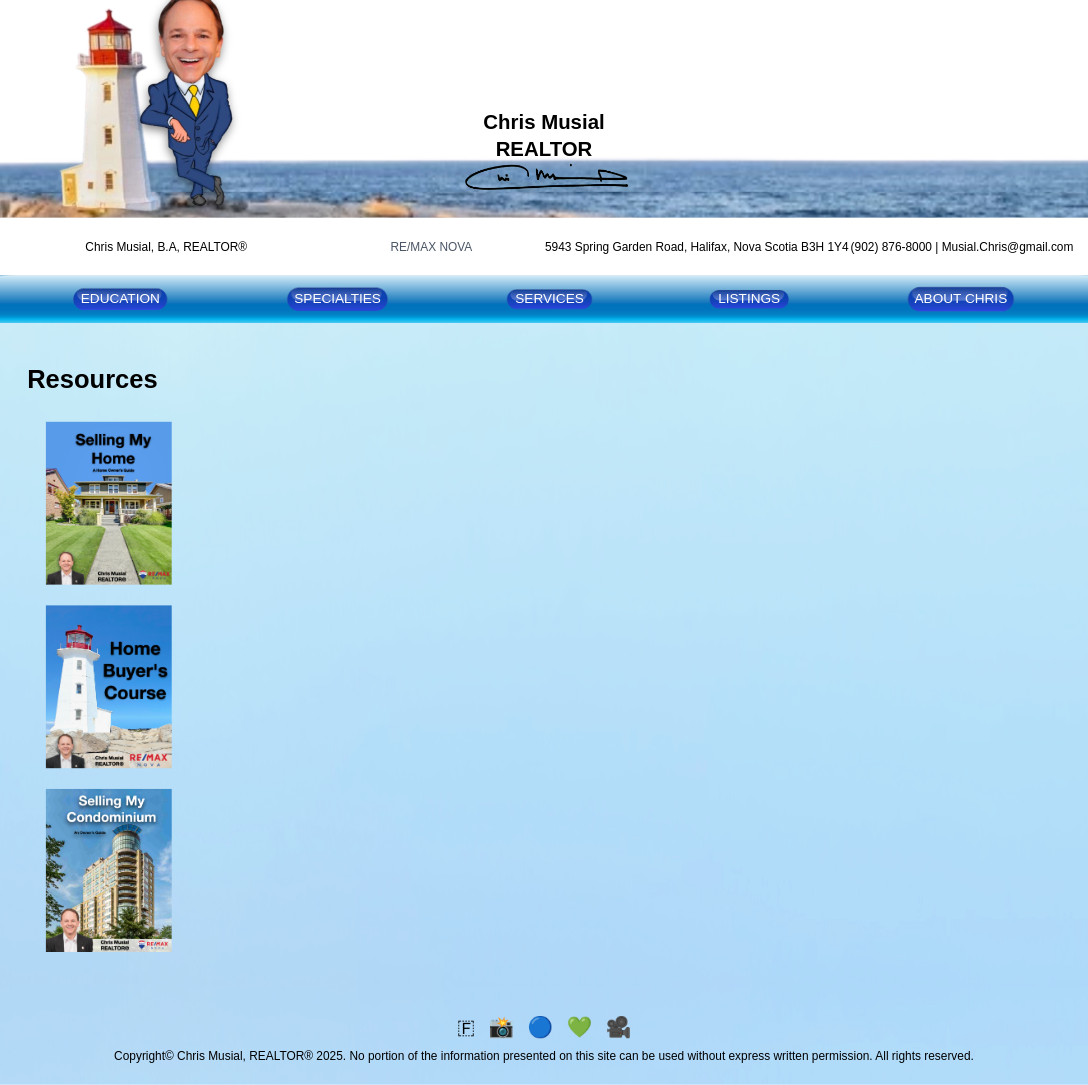
Repository: TMuse333/father-website
Page: / (app in frontend/)
An editor plug-in stored every save of this project. The page is shown before and after the next save, followed by the edit.
The browser window is 1280 px wide. The pictures show the whole page, at 85% of full size.
The project was rebuilt for these pictures with package versions that can differ from the ones it lists, and the page was loaded fresh each time. The framework's server and built-in components were replaced by stand-ins that run in the browser. Also part of the build but not shown: frontend/next.config.ts.

Above is the page before, as saved 2025-05-20 19:51:59.

### frontend/src/app/page.tsx
"use client";

import Image from "next/image";
import { useState } from "react";
import { Menu, X } from "lucide-react";
import { motion } from "framer-motion";
import button from '../../public/button-bg.png'
export default function Home() {
  const [isMenuOpen, setIsMenuOpen] = useState(false);

  const toggleMenu = () => {
    setIsMenuOpen(!isMenuOpen);
  };

  return (
    <div className="min-h-screen bg-gray-100 text-black flex flex-col relative">
      {/* Background Image */}
      <Image
        src="/portrait.png"
        alt="Cityscape Background"
        fill
        className="object-cover z-0"
        priority
        style={{ objectPosition: "0 -80%" }}
      />

      {/* Header Section */}
      <header className="relative z-10">
        <div className="relative w-full h-64">
          <Image
            src="/father-cove.jpg"
            alt="Chris Musial Realtor"
            fill
            className="object-cover"
            priority
          />
          <div className=" absolute left-1/2 -translate-x-1/2
          top-1/2 flex flex-col">
             <h1 className="text-2xl font-bold text-black text-center  flex items-center justify-center z-[2]">
            Chris Musial
            <br/>REALTOR
          </h1>

          <Image
          width={600}
          height={1300}
          src="/signature.png"
          alt='Chris musial signature'
          className="object-contain
          w-[40vw] max-w-[200px] mx-auto

         "
          />
          </div>


        </div>
        <div className="max-w-7xl mx-auto py-6 flex flex-col sm:flex-row justify-between items-center bg-white shadow">
          <div className="flex flex-col md:flex-row justify-between items-center w-full px-4 text-center">
            <div className="flex flex-col md:flex-row text-xs md:text-sm md:w-1/2 justify-around mb-4 md:mb-0">
              <p>Chris Musial, B.A, REALTOR®</p>
              <p className="text-gray-600">RE/MAX NOVA</p>
            </div>
            <div className="flex flex-col md:flex-row text-xs md:text-sm md:w-1/2 justify-around">
              <p>5943 Spring Garden Road, Halifax, Nova Scotia B3H 1Y4</p>
              <p>(902) 876-8000 | Musial.Chris@gmail.com</p>
            </div>
          </div>
        </div>
      </header>

      {/* Navigation Section */}
      <nav
  className="text-white p-2 relative z-10"
  style={{
    backgroundImage: "url('/container.png')",
    backgroundSize: "cover",
    backgroundPosition: "center",
  }}
>
        <div className="max-w-7xl mx-auto px-4">
          <div className="flex justify-between items-center md:hidden">
            <button onClick={toggleMenu} className="p-2 focus:outline-none">
              {isMenuOpen ? <X size={24} /> : <Menu size={24} />}
            </button>
          </div>
          <div
            className={`${
              isMenuOpen ? "flex" : "hidden"
            } md:flex flex-col md:flex-row md:justify-around md:space-x-4 space-y-2 md:space-y-0 py-2 md:py-0 transition-all duration-300 ease-in-out`}
          >
            {["Education", "Specialties", "Services", "Listings", "About Chris"].map(
              (item) => (
                <a
                style={{
                  backgroundImage: "url('/button-bg.png')",
                  backgroundSize: "cover",
                  backgroundPosition: "center",
                }}
                  key={item}
                  href={`#${item.toLowerCase().replace(" ", "-")}`}
                  className={`px-4 py-2  bg-cover rounded hover:bg-blue-800 text-center`}
                  onClick={() => setIsMenuOpen(false)}
                >
                  {item.toUpperCase()}
                </a>
              )
            )}
          </div>
        </div>
      </nav>

      {/* Brochure Section */}
      <section className="py-12 px-0 relative z-10">
      <h2 className="text-3xl font-bold text-black mb-8 pl-4 md:pl-8">Resources</h2>
      <div className="flex flex-col gap-6 w-full md:w-48 ml-0 pl-4 md:pl-8">
        {[
          { src: "/home.png", alt: "Home Buyer's Course" },
          { src: "/buyer.png", alt: "Selling My Home" },
          { src: "/condo.png", alt: "Selling My Condominium" },
        ].map((item, index) => (
          <motion.div
            key={item.alt}
            className="relative w-48 h-48"
            initial={{ opacity: 0, x: -20 }}
            animate={{ opacity: 1, x: 0 }}
            transition={{ duration: 0.5, delay: index * 0.2 }}
          >
            <Image
              src={item.src}
              alt={item.alt}
              fill
              className="object-contain rounded-lg"
            />
          </motion.div>
        ))}
      </div>
    </section>

      {/* Contact Section */}
      {/* <section className="max-w-7xl mx-auto py-12 px-4 relative z-10">
        <h2 className="text-3xl font-bold text-black mb-8">Contact Me</h2>
        <p className="pr-10 w-full text-lg text-gray-700 mb-8">
          Fill out this form with your project details, and we’ll respond promptly
          to discuss elevating your online presence and taking your business{" "}
          <span className="font-semibold">to the next level.</span>
        </p>
        <form className="max-w-lg">
          <input
            type="text"
            placeholder="Your Name"
            className="w-full p-3 mb-4 border rounded"
          />
          <input
            type="email"
            placeholder="Your Email"
            className="w-full p-3 mb-4 border rounded"
          />
          <textarea
            placeholder="Your Project Details"
            className="w-full p-3 mb-4 border rounded"
          ></textarea>
          <button
            type="submit"
            className="bg-blue-600 text-white p-3 rounded hover:bg-blue-700"
          >
            Submit
          </button>
        </form>
      </section> */}

      {/* Footer Section */}
      <footer className="py-6 relative z-10 text-black
        ">
        <div className="max-w-7xl mx-auto px-4 flex flex-col items-center">
          <div className="flex space-x-4 mb-2
          ">
            {["🇫", "📸", "🔵", "💚", "🎥"].map((icon) => (
              <a key={icon} href="#" className="text-2xl">
                {icon}
              </a>
            ))}
          </div>
          <p className="text-sm text-center">
            Copyright© Chris Musial, REALTOR® 2025. No portion of the information
            presented on this site can be used without express written permission.
            All rights reserved.
          </p>
        </div>
      </footer>
    </div>
  );
}

Loaded but not shown: frontend/src/app/layout.tsx (common file); frontend/src/app/globals.css (common file)

After the next save:
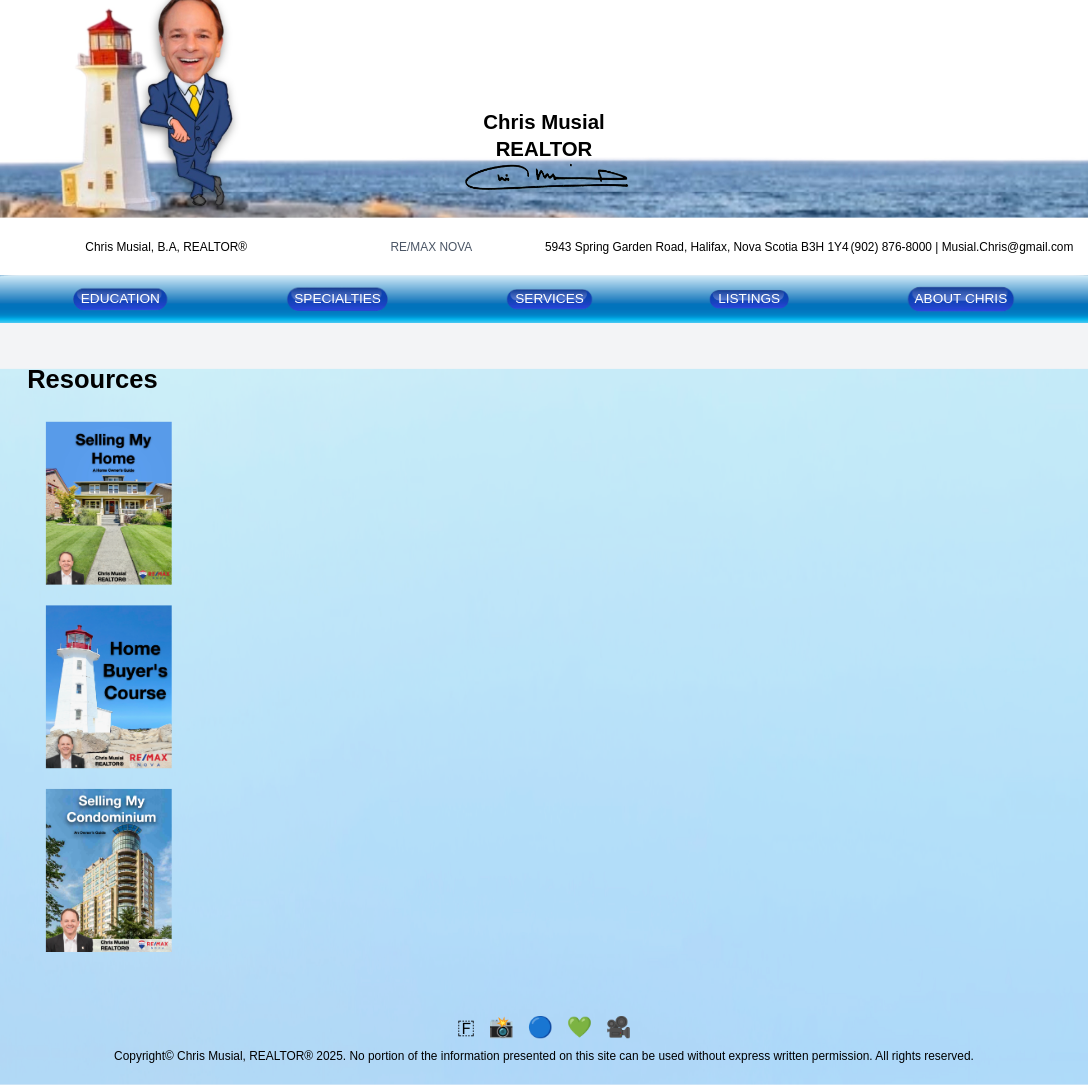
Saved 4 s later.
--- a/frontend/src/app/page.tsx
+++ b/frontend/src/app/page.tsx
@@ -21,7 +21,7 @@
         fill
         className="object-cover z-0"
         priority
-        style={{ objectPosition: "0 -80%" }}
+        style={{ objectPosition: "0 -100%" }}
       />
 
       {/* Header Section */}
